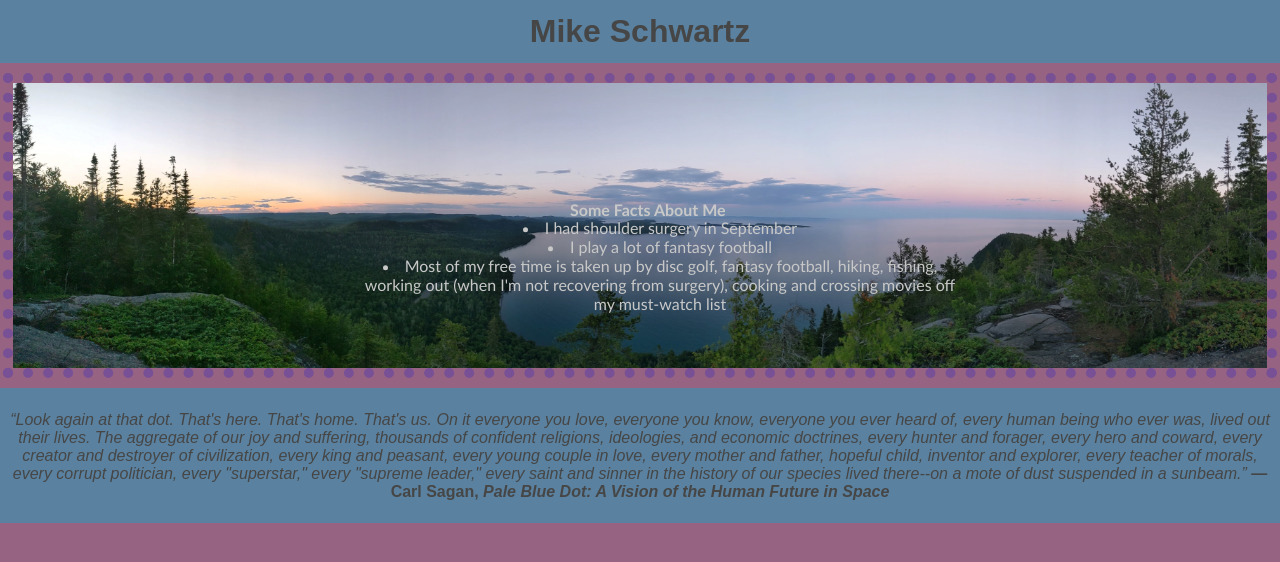
Repository: Ellusionism/prime-pw-week-1-assignment
Page: assignment/index.html
These files come from the project's save history. The page is drawn as it stood at one moment and after the next save; the edit follows.
The browser window is 1280 px wide. The pictures show the whole page.

Above is the page before, as saved 2022-10-26 17:01:26.

After the next save:
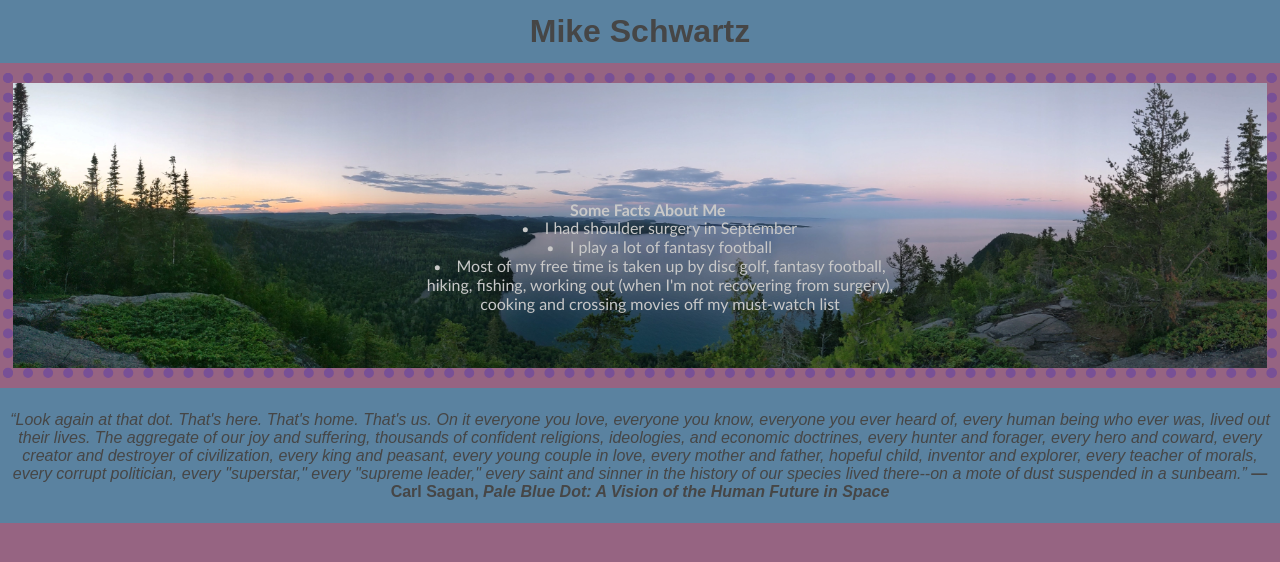
Saved 2 s later.
--- a/assignment/style.css
+++ b/assignment/style.css
@@ -59,7 +59,7 @@ header {
  position: absolute;
  top: 50%;
  left: 50%;
- max-width: 438%;
+ max-width: 38%;
  transform: translate(-50%, -25%);
  list-style-position: inside;
 }
